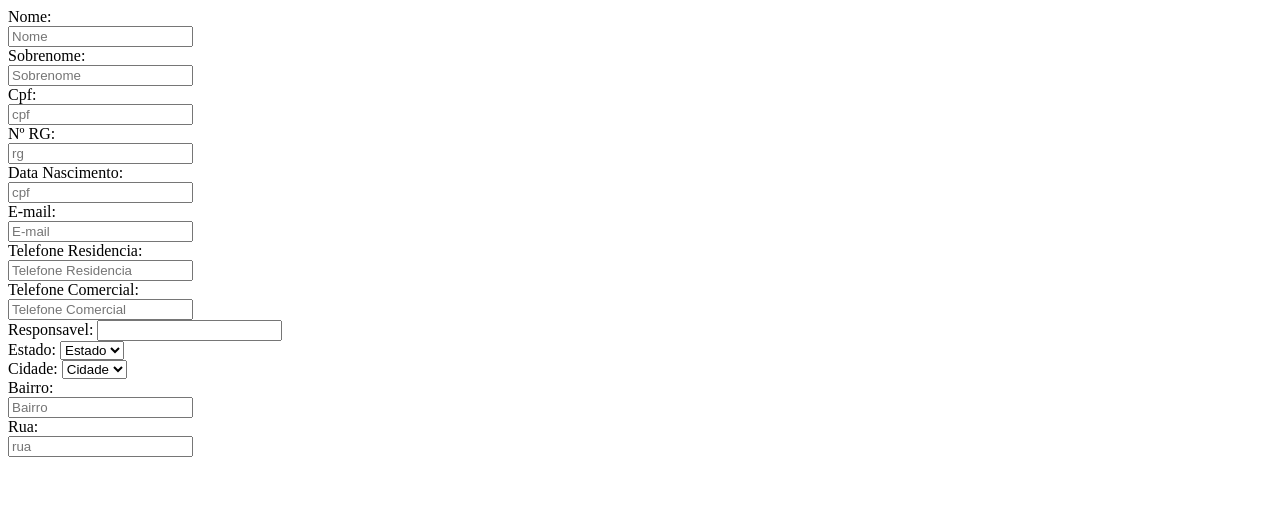
Repository: samaelsimoes/ong-cepe
Page: ong-cepe/WebContent/privado/formulario/pesfisica.html
These files come from the project's save history. The page is drawn as it stood at one moment and after a run of saves; the edit follows.
The browser window is 1280 px wide. The pictures show the whole page.

Above is the page before, as saved 2017-08-13 19:11:12.

### ong-cepe/WebContent/privado/formulario/pesfisica.html
 <div class="form-group row">

    <div class="col-xs-6 col-md-5">
        <label for="example-text-input" class="col-2 col-form-label">Nome:</label>

       <div class="col-10">
            <input class="form-control" type="text" id="nome" placeholder="Nome">
        </div>
    </div>

    <div class="col-xs-6 col-md-5 coll-md-offset-2">

        <label for="example-text-input" class="col-2 col-form-label">Sobrenome:</label>

        <div class="col-10">
            <input class="form-control" type="text" id="sobrenome" placeholder="Sobrenome">
        </div>
    </div>
</div>

<div class="form-group row">
    <div class="col-xs-6 col-md-5">
        <label for="example-text-input" class="col-2 col-form-label">Cpf:</label>

       <div class="col-10">
            <input class="form-control" type="text" id="nome" placeholder="cpf">
        </div>
    </div>

    <div class="col-xs-6 col-md-5 coll-md-offset-2">

        <label for="example-text-input" class="col-2 col-form-label">Nº RG:</label>

        <div class="col-10">
            <input class="form-control" type="text" id="sobrenome" placeholder="rg">
        </div>
    </div>
</div>

 <div class="form-group row">
    <div class="col-xs-6 col-md-5">
        <label for="example-text-input" class="col-2 col-form-label">Data Nascimento:</label>

       <div class="col-10">
            <input class="form-control" type="text" id="datanascimento" placeholder="cpf">
        </div>
    </div>
    <div class="col-xs-6 col-md-5 coll-md-offset-2">

        <label for="email" class="col-2 col-form-label">E-mail:</label>

        <div class="col-10">

            <input class="form-control" type="text" id="email" placeholder="E-mail">
        </div>
    </div>
</div>

 <div class="form-group row">
    <div class="col-xs-6 col-md-5">
        <label for="example-text-input" class="col-2 col-form-label">Telefone Residencia:</label>

       <div class="col-10">
            <input class="form-control" type="text" id="telresidenci" placeholder="Telefone Residencia">
        </div>
    </div>
    <div class="col-xs-6 col-md-5 coll-md-offset-2">

        <label for="telcomercial" class="col-2 col-form-label">Telefone Comercial:</label>

        <div class="col-10">

            <input class="form-control" type="text" id="telcomercial" placeholder="Telefone Comercial">
        </div>
    </div>
</div>

 <div class="form-group row">
    <div class="col-xs-6 col-md-10">

        <label for="responsavel" class="col-2 col-form-label">Responsavel:</label>

        <input class="form-control" type="text" id="responsavel">
    </div>
</div>

 <div class="form-group row">
    <div class="col-xs-6 col-md-5">
		<label class="col-2 col-form-label" for="estado">Estado:</label>

		<select class="form-control" id="tipopessoa">

		    <option selected>Estado</option>
		</select>
    </div>
    <div class="col-xs-6 col-md-5 coll-md-offset-2">

        <label class="col-2 col-form-label" for="estado">Cidade:</label>

		<select class="form-control" id="tipopessoa">

		    <option selected>Cidade</option>
		</select>
    </div>
</div>

 <div class="form-group row">
    <div class="col-xs-6 col-md-5">
        <label for="bairro" class="col-2 col-form-label">Bairro:</label>

       <div class="col-10">
            <input class="form-control" type="text"  id="bairro" placeholder="Bairro">
        </div>
    </div>
    <div class="col-xs-6 col-md-5 coll-md-offset-2">

        <label for="rua" class="col-2 col-form-label">Rua:</label>

        <div class="col-10">

            <input class="form-control" type="text" id="rua" placeholder="rua">
        </div>
    </div>
</div>

After the next 2 saves:
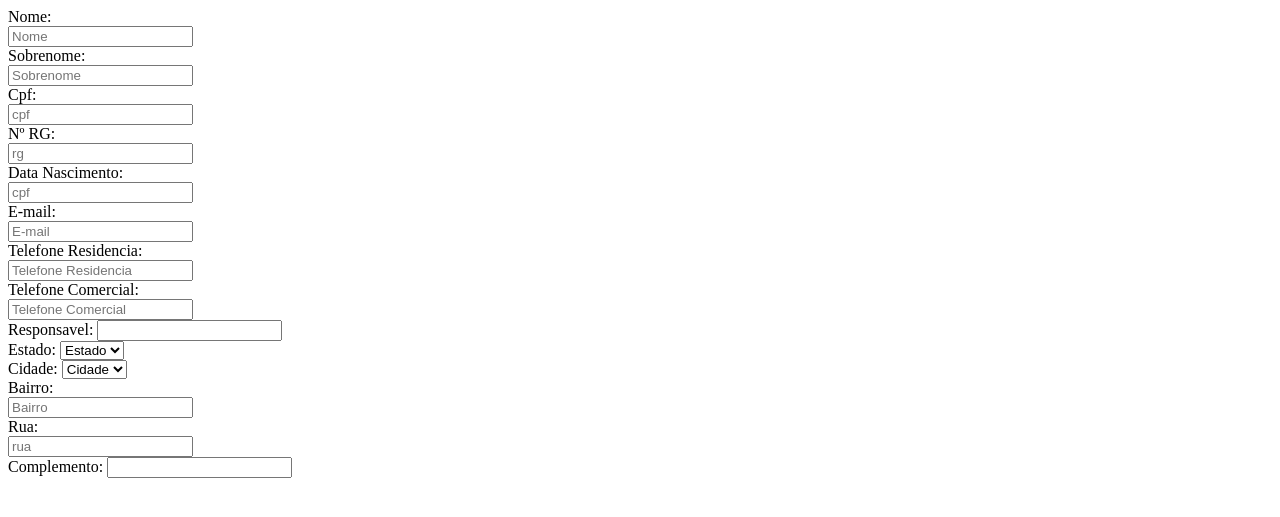
The 2 saves are shown as one change because they came seconds apart.
The last was saved 42 s later.
--- a/ong-cepe/WebContent/privado/formulario/pesfisica.html
+++ b/ong-cepe/WebContent/privado/formulario/pesfisica.html
@@ -122,3 +122,12 @@
         </div>
     </div>
 </div>
+
+ <div class="form-group row">
+    <div class="col-xs-6 col-md-10">
+
+        <label for="complemento" class="col-2 col-form-label">Complemento:</label>
+
+        <input class="form-control" type="text" id="complemento">
+    </div>
+</div>
